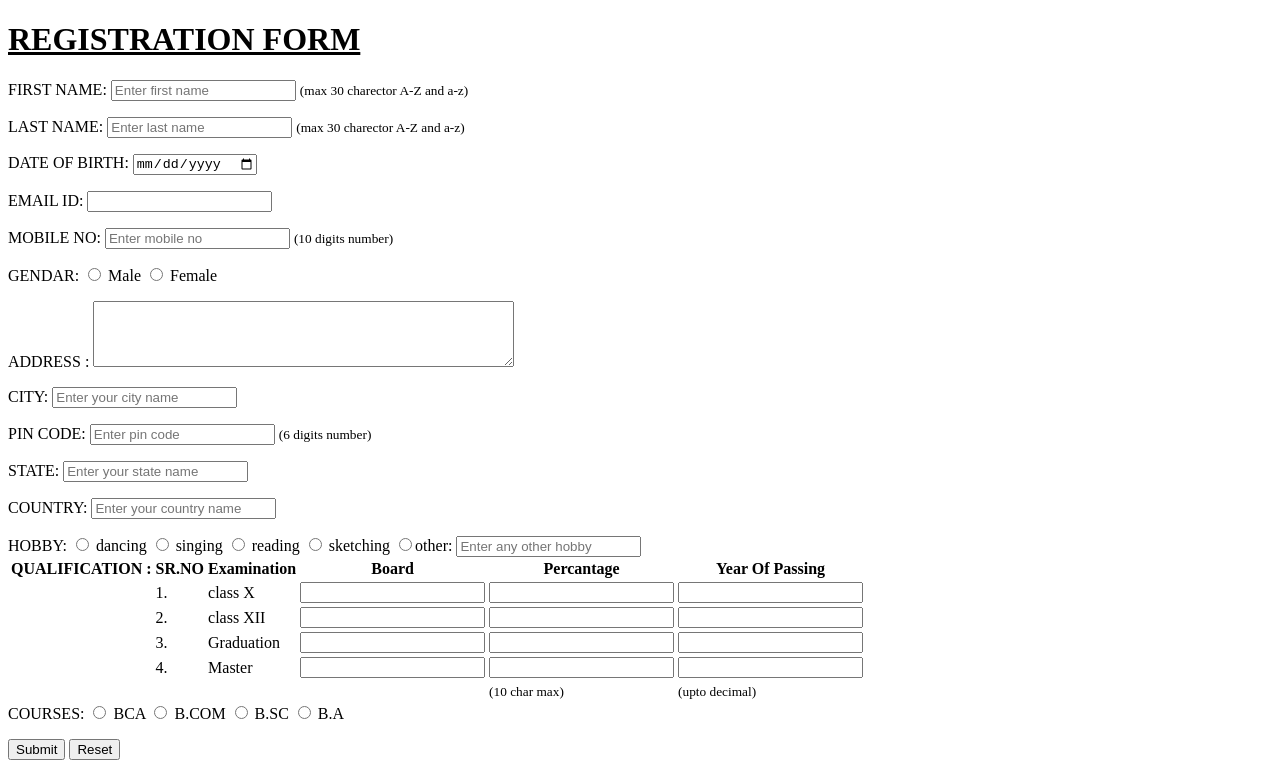
Repository: MintuKrishnan/subrahmanyam-batch
Page: front-end/html/form.html
These files come from the project's save history. The page is drawn as it stood at one moment and after the next save; the edit follows.
The browser window is 1280 px wide. The pictures show the whole page.

Above is the page before, as saved 2021-02-26 14:45:13.

After the next save:
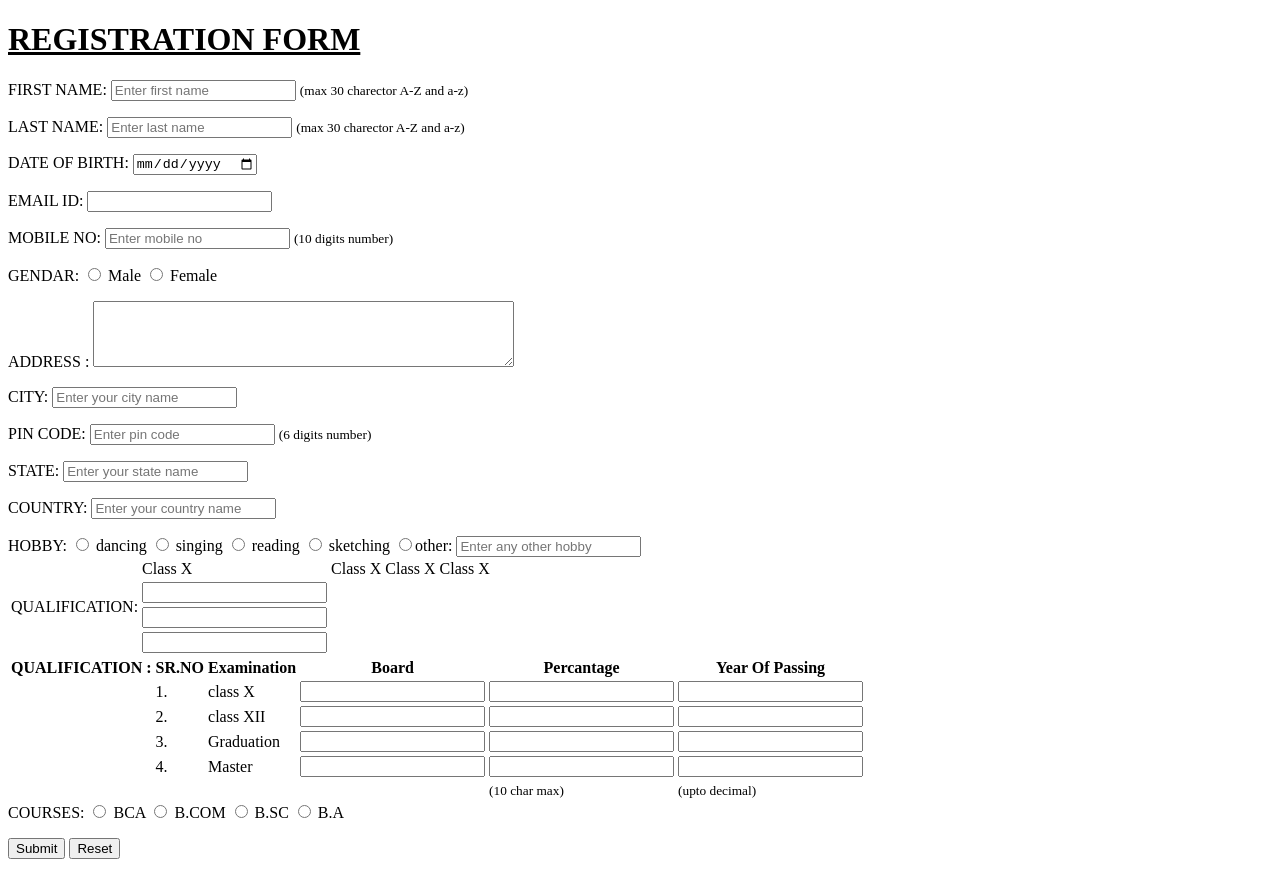
Saved 41 s later.
--- a/front-end/html/form.html
+++ b/front-end/html/form.html
@@ -65,7 +65,26 @@
         <br>
 
 
-
+        <table>
+            <thead>
+                <tr>
+                    <td rowspan="4">QUALIFICATION:</td>
+                    <td>Class X</td>
+                    <td>Class X</td>
+                    <td>Class X</td>
+                    <td>Class X</td>
+                </tr>
+                <tr>
+                    <td><input type="text"></td>
+                </tr>
+                <tr>
+                    <td><input type="text"></td>
+                </tr>
+                <tr>
+                    <td><input type="text"></td>
+                </tr>
+            </thead>
+        </table>
 
 
     <table>
